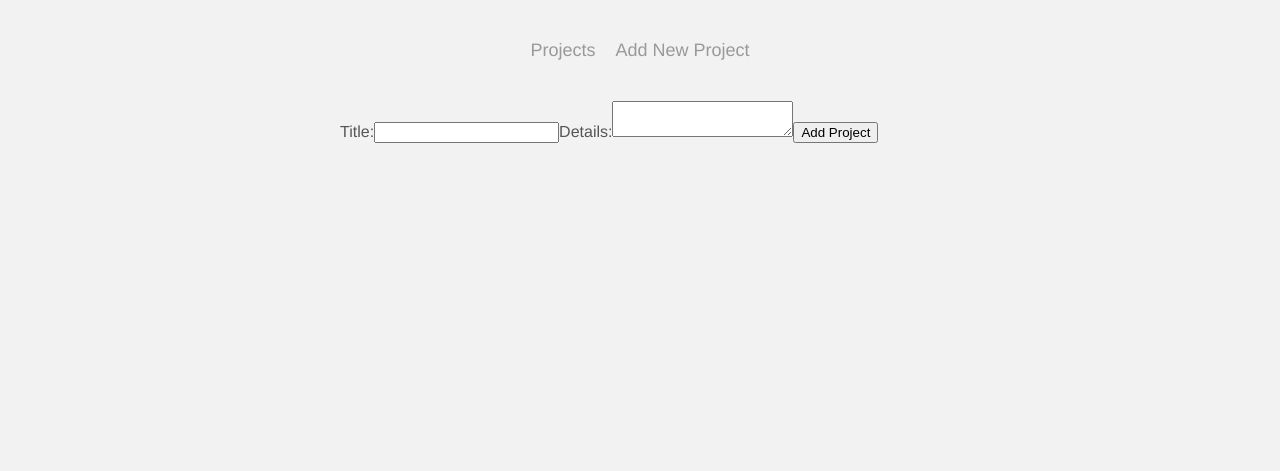
Repository: sercanisli/task-app
Page: /project/2
These files come from the project's save history. The page is drawn as it stood at one moment and after the next save; the edit follows.
The browser window is 1280 px wide. The pictures show the whole page.
The project was rebuilt for these pictures with package versions that can differ from the ones it lists, and the page was loaded fresh each time. Requests to the local data server were answered from the project's data file. Also part of the build but not shown: vue.config.js, src/components/SingleProject.vue, src/views/Home.vue. Imported but missing from the stored project, and not drawn on this page: src/views/AddProject.vue.

Above is the page before, as saved 2024-04-28 03:48:05.

After the next save:
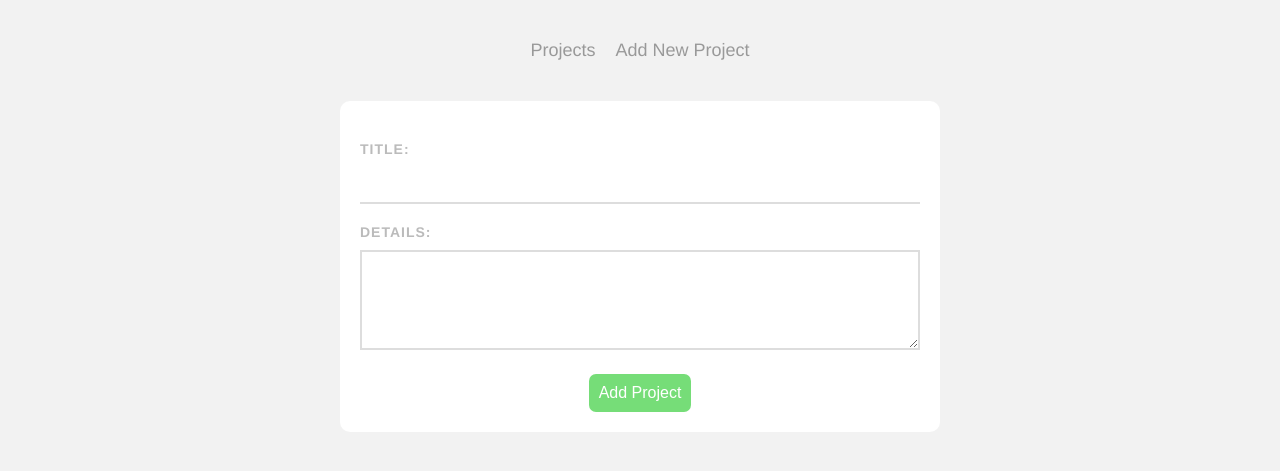
Saved 61 s later.
--- a/src/views/EditProject.vue
+++ b/src/views/EditProject.vue
@@ -27,5 +27,42 @@ export default {
 </script>
 
 <style>
-
+form {
+    background: #fff;
+    padding: 20px;
+    border-radius: 10px;
+  }
+  label {
+    display: block;
+    color: #bbb;
+    text-transform: uppercase;
+    font-size: 14px;
+    font-weight: bold;
+    letter-spacing: 1px;
+    margin: 20px 0 10px 0;
+  }
+  input {
+    padding: 10px;
+    border: 0;
+    border-bottom: 2px solid #ddd;
+    width: 100%;
+    box-sizing: border-box;
+  }
+  textarea {
+    border: 2px solid #ddd;
+    padding: 10px;
+    width: 100%;
+    box-sizing: border-box;
+    height: 100px;
+  }
+  form button {
+    display: block;
+    margin: 20px auto 0;
+    background: #76dd78;
+    color: #fff;
+    padding: 10px;
+    border: 0;
+    border-radius: 7px;
+    font-size: 16px;
+  }
 </style>
